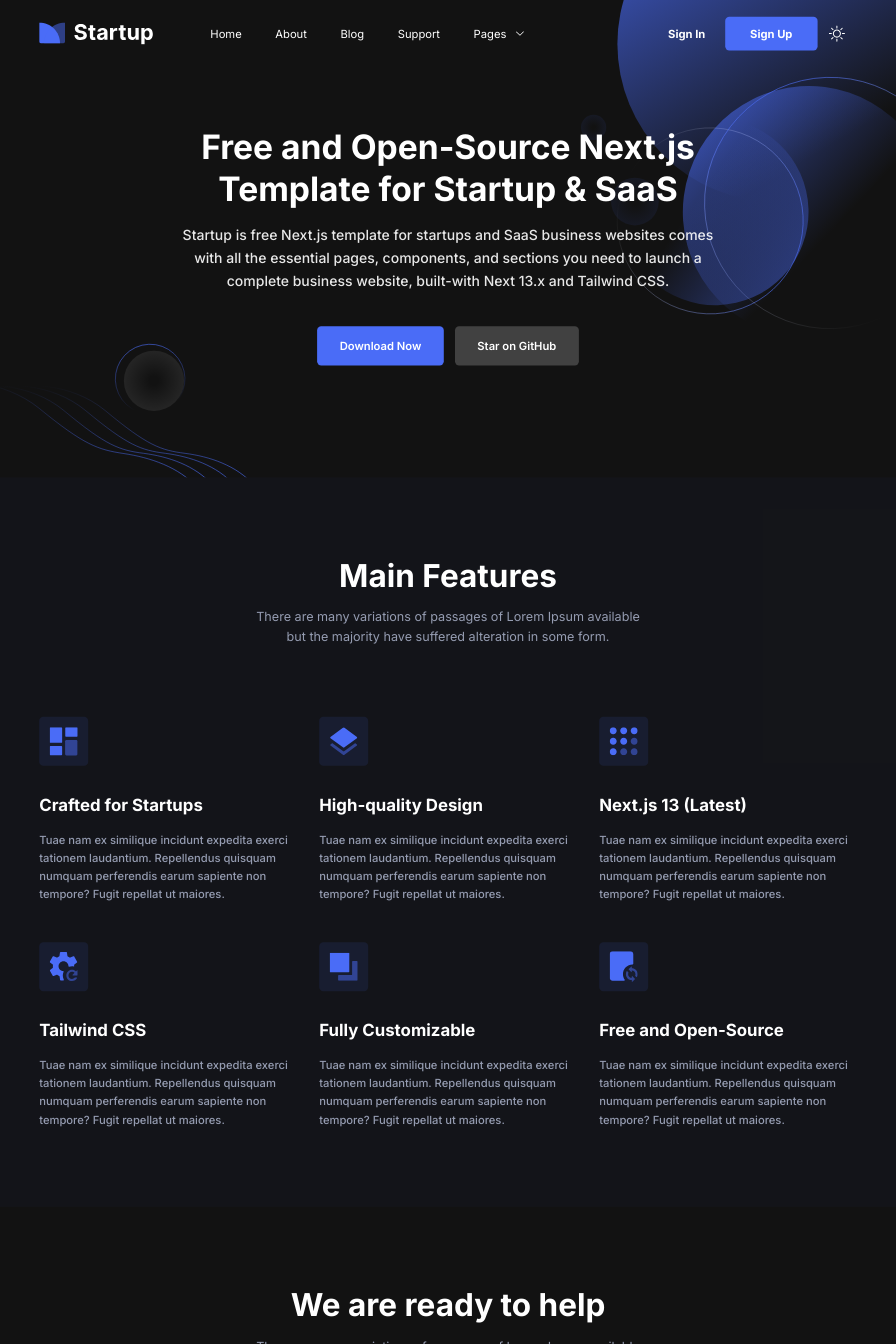
Repository: mosesvk/_startupPoly
Page: /
These files come from the project's save history. The page is drawn as it stood at one moment and after the next save; the edit follows.
The browser window is 1280 px wide. The pictures show the part of the page from y = 0 to 1920 px (the page is 8299 px tall), at 70% of full size.
The project was rebuilt for these pictures with package versions that can differ from the ones it lists, and the page was loaded fresh each time. The framework's server and built-in components were replaced by stand-ins that run in the browser. Also part of the build but not shown: next.config.js.

Above is the page before, as saved 2023-08-23 11:15:11.

After the next save:
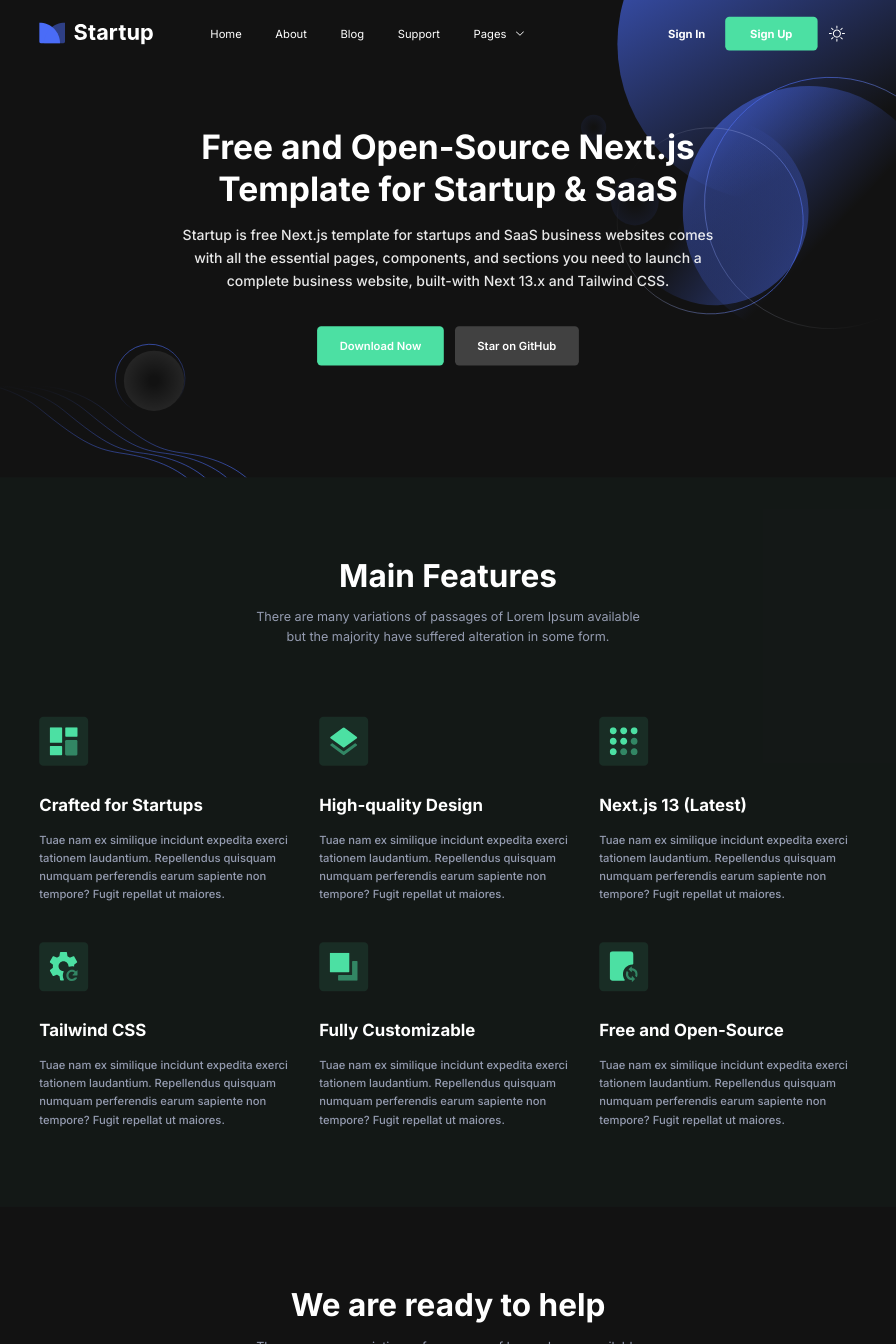
Saved 63 s later.
--- a/tailwind.config.js
+++ b/tailwind.config.js
@@ -18,7 +18,8 @@
       black: "#090E34",
       // dark: "#1D2144",
       dark: "#140b0b",
-      primary: "#4A6CF7",
+      // primary: "#4A6CF7",
+      primary: "#4ce0a3",
       yellow: "#FBB040",
       "body-color": "#959CB1",
     },
